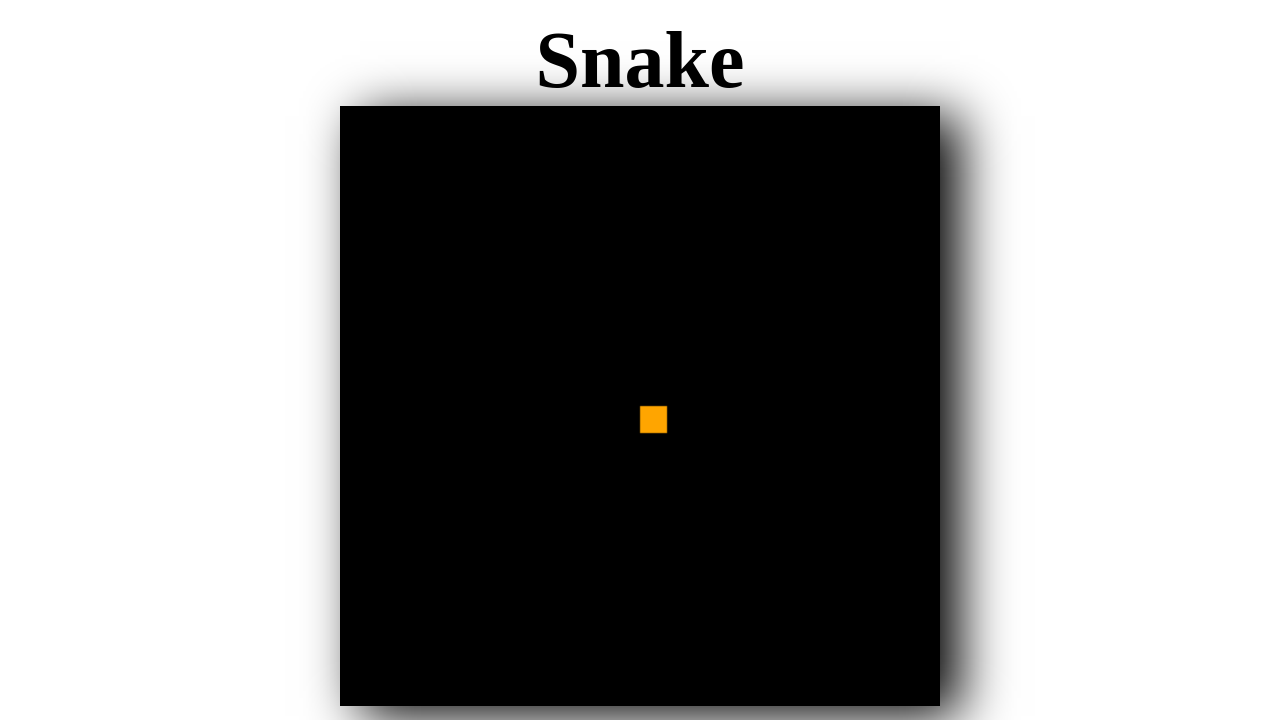
Repository: Ellisvelandia/snake
Page: index.html
The author's editor kept a copy of each file at every save. The page is drawn from the files as they stood at one save, then again after the next save.
The browser window is 1280 px wide. The pictures show the whole page.

Above is the page before, as saved 2022-08-26 23:46:17.

After the next save:
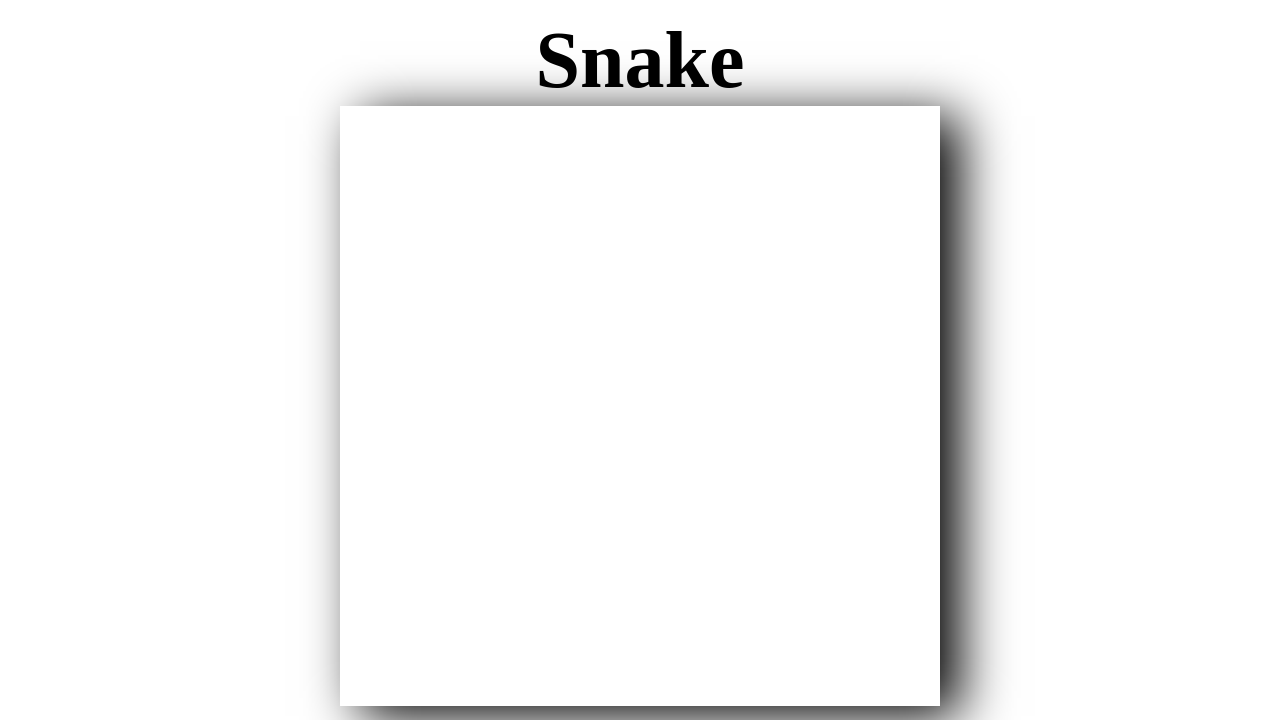
Console error: ReferenceError: letapppleX is not defined
Saved 90 s later.
--- a/index.js
+++ b/index.js
@@ -7,6 +7,8 @@
 let tileSize = canvas.width / tileCount - 2;
 let headX = 10;
 let headY = 10;
+
+letapppleX
 
 let xVelocity = 0;
 let yVelocity = 0;

After the 2 saves that followed:
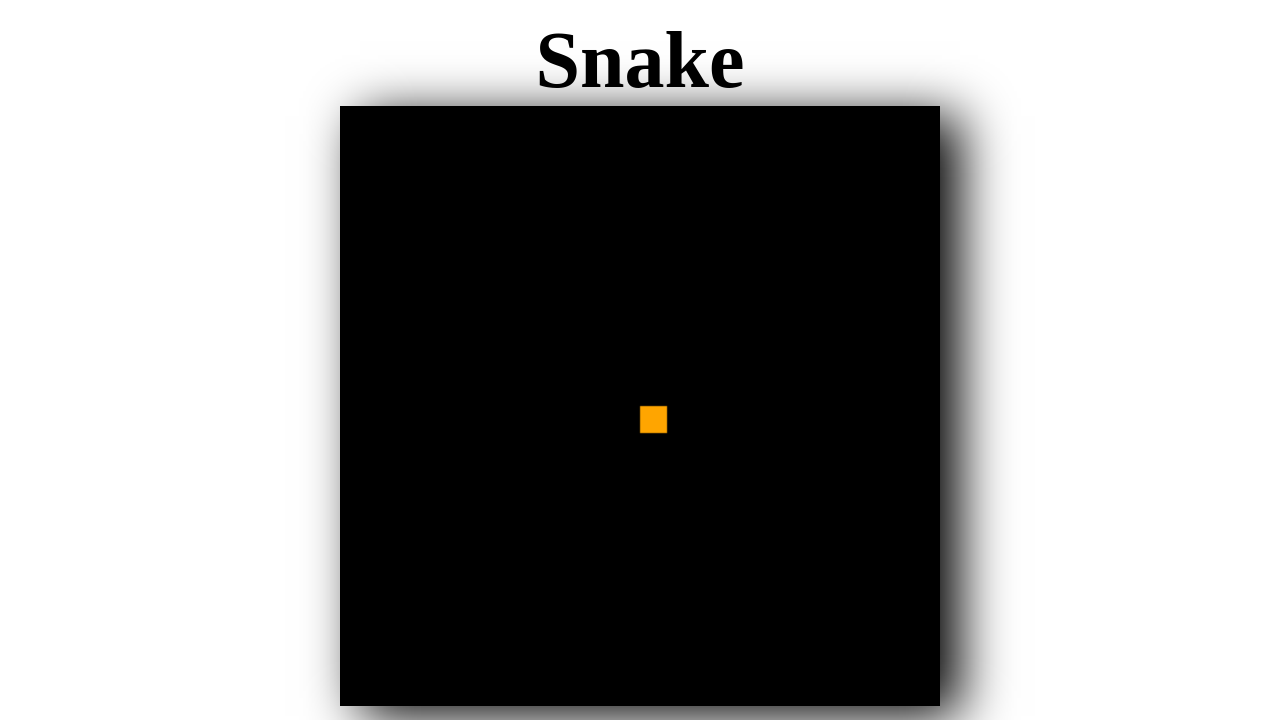
The error is gone.
The 2 saves are shown as one change because they came seconds apart.
The last was saved 7 s later.
--- a/index.js
+++ b/index.js
@@ -8,7 +8,8 @@
 let headX = 10;
 let headY = 10;
 
-letapppleX
+letapppleX =5;
+letapppleX =5;
 
 let xVelocity = 0;
 let yVelocity = 0;
